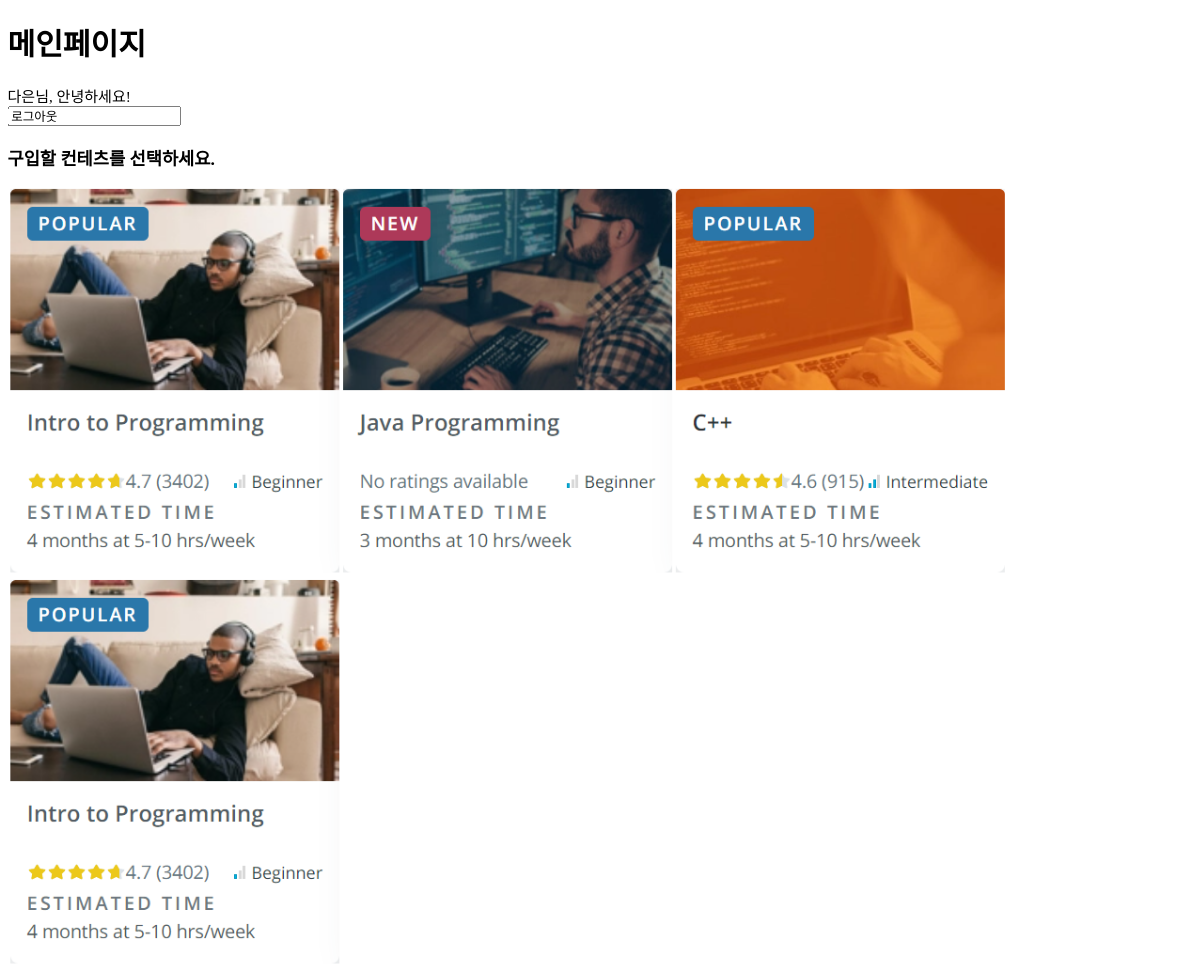
Repository: euniiee/test11
Page: http://localhost/Project/main.jsp
The author's editor kept a copy of each file at every save. The page is drawn from the files as they stood at one save, then again after the next save.
The browser window is 1280 px wide. The pictures show the whole page, at 94% of full size.
The page is served by Tomcat 9. Other server files are loaded and not shown.

Above is the page before, as saved 2023-02-01 02:17:55.

### Project/WebContent/main.jsp
<%@ page language="java" contentType="text/html; charset=UTF-8"
    pageEncoding="UTF-8"%>
<!DOCTYPE html>
<html>
<head>
<meta charset="UTF-8">
<title>Insert title here</title>
</head>
<body>
<div>
	<div>
		<h1>메인페이지</h1>
		<div>
			<div>다은님, 안녕하세요!</div>
			<input value="로그아웃">
		</div>
	</div>
	<h3>구입할 컨테츠를 선택하세요.</h3>
	<table>
		<tr>
			<td><img src="Intro_350_408.png"></td>
			<td><img src="Java_350_408.png"></td>
			<td><img src="Cpp_350_408.png"></td>
		</tr>
		<tr>
			<td><img src="Intro_350_408.png"></td>
			<td></td>
			<td></td>
		</tr>
	</table>
</div>
</body>
</html>

After the next save:
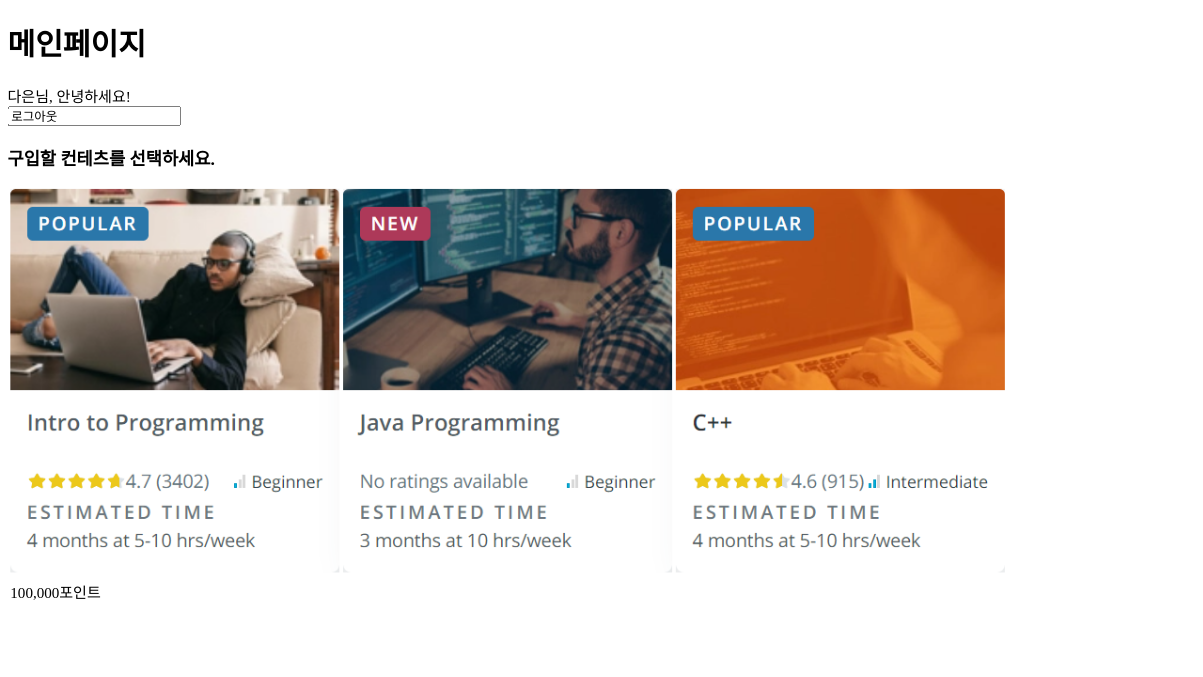
Saved 13 s later.
--- a/Project/WebContent/main.jsp
+++ b/Project/WebContent/main.jsp
@@ -23,7 +23,7 @@
 			<td><img src="Cpp_350_408.png"></td>
 		</tr>
 		<tr>
-			<td><img src="Intro_350_408.png"></td>
+			<td>100,000포인트</td>
 			<td></td>
 			<td></td>
 		</tr>
